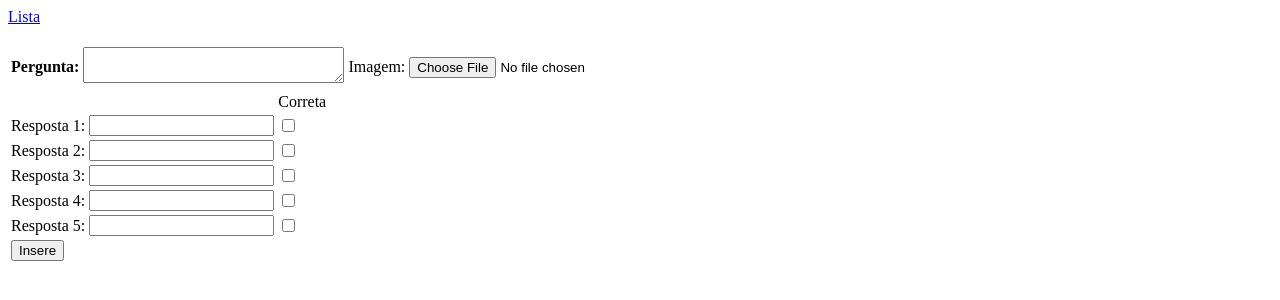
Repository: yagotome/ClickTrauma
Page: http://localhost/ClickTrauma/WEB-INF/views/pergunta/cadastro.jsp
The author's editor kept a copy of each file at every save. The page is drawn from the files as they stood at one save, then again after the next save.
The browser window is 1280 px wide. The pictures show the whole page.
The page is served by Tomcat 9. Nobody is signed in. Other server files are loaded and not shown. The template is opened directly, without the code that normally fills it, so the values that code supplies are empty.

Above is the page before, as saved 2016-05-07 18:52:38.

### WebService/ClickTrauma/WebContent/WEB-INF/views/pergunta/cadastro.jsp
<%@ page language="java" contentType="text/html; charset=ISO-8859-1"
    pageEncoding="ISO-8859-1"%>
<%@ taglib uri="http://java.sun.com/jsp/jstl/core" prefix="c" %>
<!DOCTYPE html>
<html>
<head>
	<meta http-equiv="Content-Type" content="text/html; charset=ISO-8859-1">
	<title>Cadastro de perguntas</title>
	<c:if test="${not empty param.inserido}">
		<script type="text/javascript">
			alert("Pergunta cadastrada com sucesso.");
		</script>
	</c:if>
</head>
<body>
	<a href="lista">Lista</a>
	<br /> <br />
	<form action="insere" method="post" enctype="multipart/form-data">
		<table>
			<tr>
				<td><label for="pergunta"><b>Pergunta:</b></label></td>
				<td><textarea rows="2" cols="30" name="texto" id="pergunta" required></textarea></td>
				<td><label for="img-pergunta">Imagem:</label></td>
				<td><input type="file" id="img-pergunta" name="img-pergunta" required></td>
			</tr>
		</table>
		<table>
			<tr>
				<td></td>
				<td></td>
				<td>Correta</td>
			</tr>
			<tr>
				<td><label for="resp1">Resposta 1:</label></td>
				<td><input name="respostas[0].texto" id="resp1" required></td>
				<td><input name="respostas[0].correta" type="checkbox"></td>
			</tr>
			<tr>
				<td><label for="resp2">Resposta 2:</label></td>
				<td><input name="respostas[1].texto" id="resp2" required></td>
				<td><input name="respostas[1].correta" type="checkbox"></td>
			</tr>
			<tr>
				<td><label for="resp3">Resposta 3:</label></td>
				<td><input name="respostas[2].texto" id="resp3" required></td>
				<td><input name="respostas[2].correta" type="checkbox"></td>
			</tr>
			<tr>
				<td><label for="resp4">Resposta 4:</label></td>
				<td><input name="respostas[3].texto" id="resp4" required></td>
				<td><input name="respostas[3].correta" type="checkbox"></td>
			</tr>
			<tr>
				<td><label for="resp5">Resposta 5:</label></td>
				<td><input name="respostas[4].texto" id="resp5"></td>
				<td><input name="respostas[4].correta" type="checkbox"></td>
			</tr>
			<tr>
				<td><button id="insere">Insere</button></td>
			</tr>
		</table>
	</form>
</body>
</html>

After the next save:
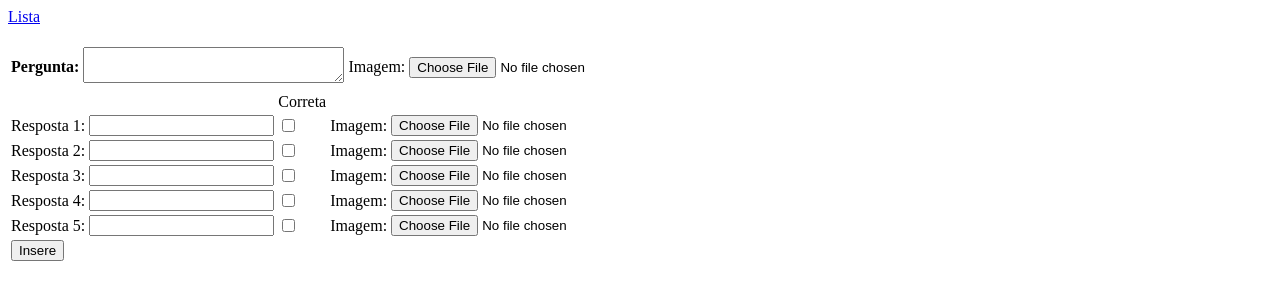
Saved 2 min 31 s later.
--- a/WebService/ClickTrauma/WebContent/WEB-INF/views/pergunta/cadastro.jsp
+++ b/WebService/ClickTrauma/WebContent/WEB-INF/views/pergunta/cadastro.jsp
@@ -34,26 +34,36 @@
 				<td><label for="resp1">Resposta 1:</label></td>
 				<td><input name="respostas[0].texto" id="resp1" required></td>
 				<td><input name="respostas[0].correta" type="checkbox"></td>
+				<td><label for="img-resp-0">Imagem:</label></td>
+				<td><input type="file" id="img-resp-0" name="img-resp-0" required></td>
 			</tr>
 			<tr>
 				<td><label for="resp2">Resposta 2:</label></td>
 				<td><input name="respostas[1].texto" id="resp2" required></td>
 				<td><input name="respostas[1].correta" type="checkbox"></td>
+				<td><label for="img-resp-1">Imagem:</label></td>
+				<td><input type="file" id="img-resp-1" name="img-resp-1" required></td>
 			</tr>
 			<tr>
 				<td><label for="resp3">Resposta 3:</label></td>
 				<td><input name="respostas[2].texto" id="resp3" required></td>
 				<td><input name="respostas[2].correta" type="checkbox"></td>
+				<td><label for="img-resp-2">Imagem:</label></td>
+				<td><input type="file" id="img-resp-2" name="img-resp-2" required></td>
 			</tr>
 			<tr>
 				<td><label for="resp4">Resposta 4:</label></td>
 				<td><input name="respostas[3].texto" id="resp4" required></td>
 				<td><input name="respostas[3].correta" type="checkbox"></td>
+				<td><label for="img-resp-3">Imagem:</label></td>
+				<td><input type="file" id="img-resp-3" name="img-resp-3" required></td>
 			</tr>
 			<tr>
 				<td><label for="resp5">Resposta 5:</label></td>
 				<td><input name="respostas[4].texto" id="resp5"></td>
 				<td><input name="respostas[4].correta" type="checkbox"></td>
+				<td><label for="img-resp-4">Imagem:</label></td>
+				<td><input type="file" id="img-resp-4" name="img-resp-4" required></td>
 			</tr>
 			<tr>
 				<td><button id="insere">Insere</button></td>
